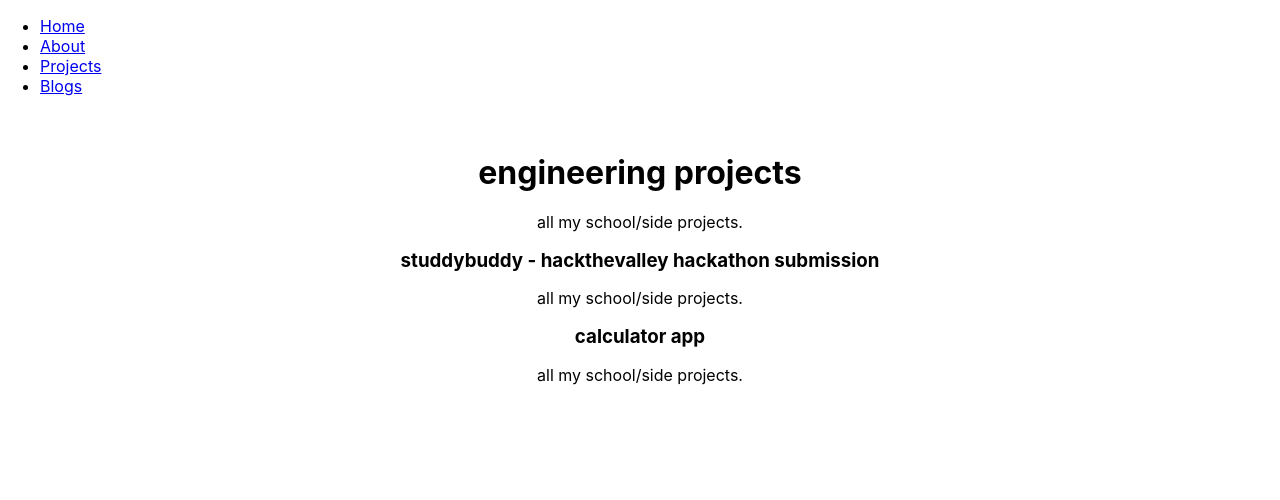
Repository: nicholaschen09/personalWebsite
Page: /projects/engineering
An editor plug-in stored every save of this project. The page is shown before and after the next save, followed by the edit.
The browser window is 1280 px wide. The pictures show the whole page.
The project was rebuilt for these pictures with package versions that can differ from the ones it lists, and the page was loaded fresh each time. Also part of the build but not shown: src/components/About.css, src/components/About.js, src/components/Home.js, src/components/Projects.css, src/components/Projects.js, src/components/Blog.css, src/components/Blog.js, src/components/Miscellaneous.css and 3 more.

Above is the page before, as saved 2024-07-17 22:39:42.

After the next save:
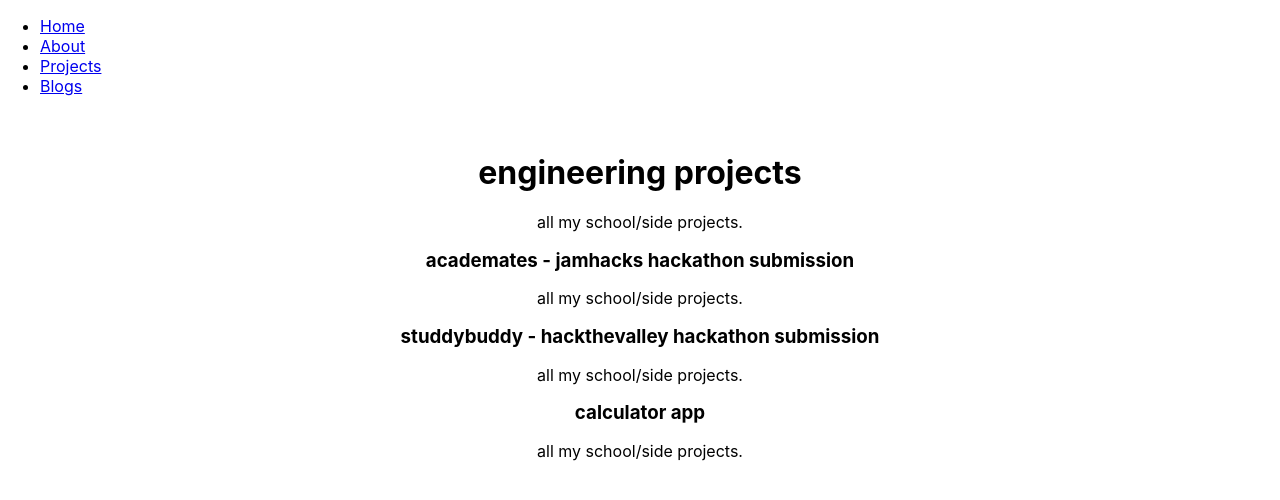
Saved 35 s later.
--- a/src/components/Engineering.js
+++ b/src/components/Engineering.js
@@ -5,6 +5,9 @@ const Engineering = () => {
     return (
         <div className="engineering">
             <h1>engineering projects </h1>
+            <p>all my school/side projects.</p>
+            <div className="academates"></div>
+            <h3>academates - jamhacks hackathon submission</h3>
             <p>all my school/side projects.</p>
         <div className="studdybuddy"></div>
             <h3>studdybuddy - hackthevalley hackathon submission</h3>
